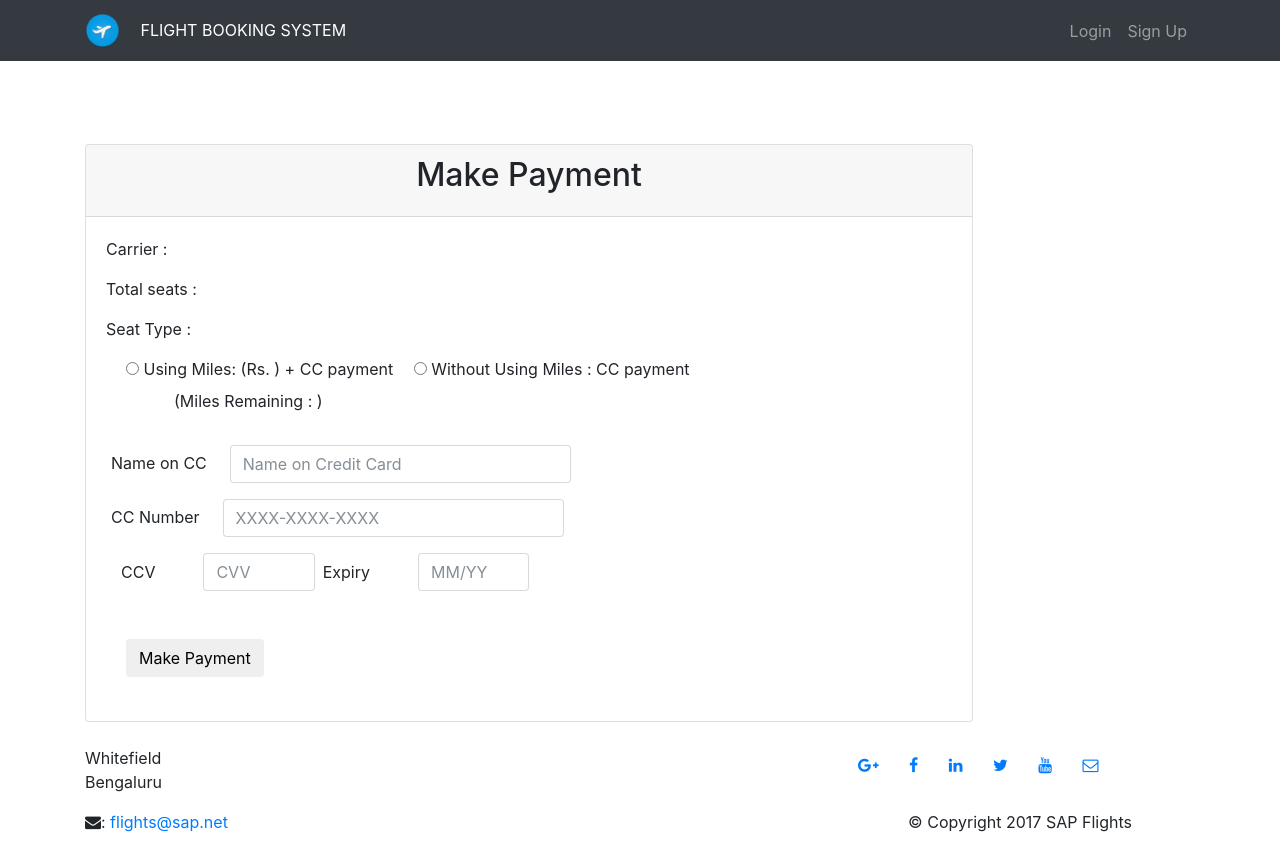
Repository: yashtatia/Spring-Practice
Page: http://localhost/FitnessTracker/WEB-INF/jsp/makePayment.jsp
These files come from the project's save history. The page is drawn as it stood at one moment and after the next save; the edit follows.
The browser window is 1280 px wide. The pictures show the whole page.
Some web libraries are served in a nearby version. The page is served by Tomcat 9. Nobody is signed in. The template is opened directly, without the code that normally fills it, so the values that code supplies are empty.

Above is the page before, as saved 2017-09-06 07:45:49.
Console error: SyntaxError: Unexpected token ';'

After the next save:
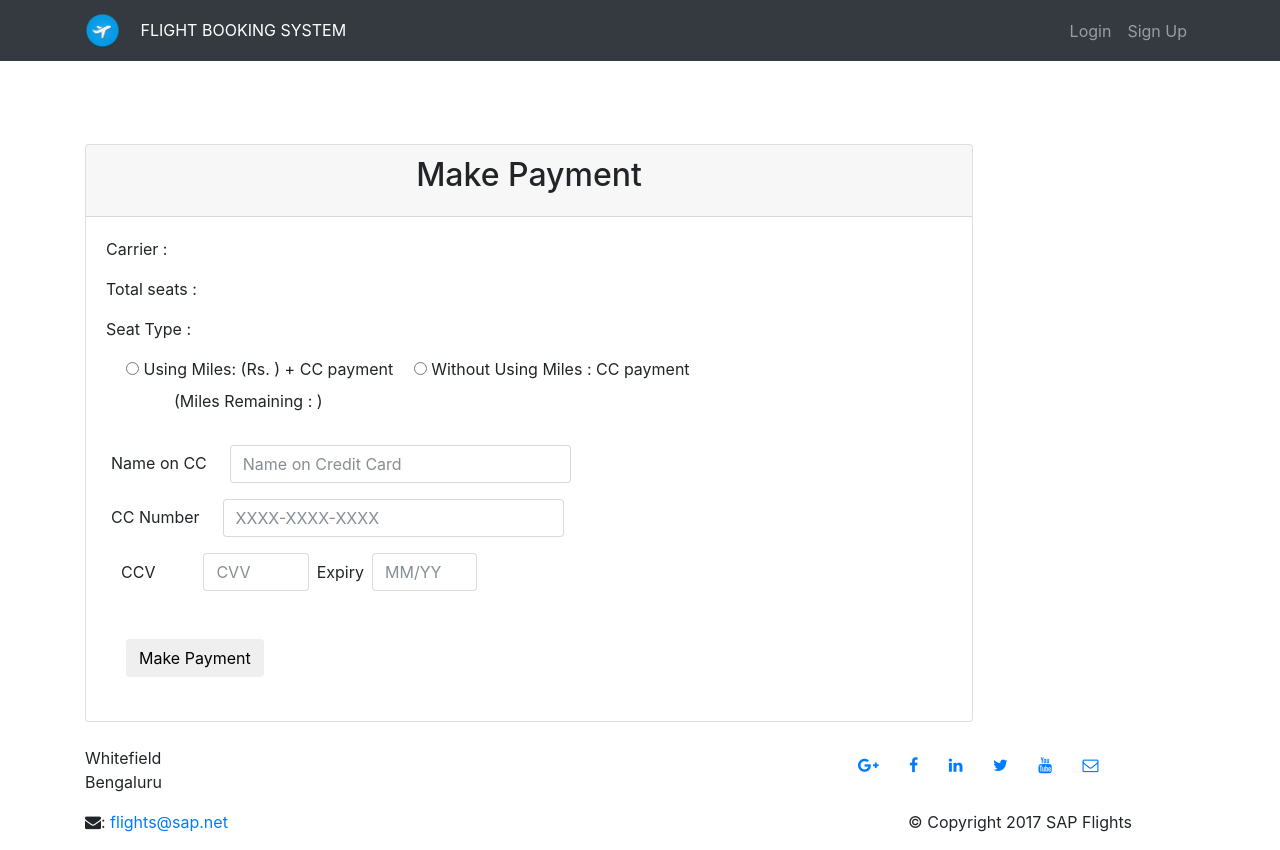
Saved 29 min 44 s later.
--- a/FitnessTracker/src/main/webapp/WEB-INF/jsp/makePayment.jsp
+++ b/FitnessTracker/src/main/webapp/WEB-INF/jsp/makePayment.jsp
@@ -55,7 +55,7 @@
 									<div class="form-inline">
 										<label class="mr-sm-5 mb-0" for="cvv">CCV</label>
 											<form:input path="cc_cvv" type="password" name="cc_cvv" id="cc_cvv" placeholder="CVV" class="form-control mr-sm-2 mb-2 mb-sm-0"  style="max-width: 15%" />
-									<label class="mr-sm-5 mb-0" for="last_name">Expiry</label>
+									<label class="mr-sm-2 mb-0" for="last_name">Expiry</label>
 											<form:input path="cc_expiry"  type="text" class="form-control mr-sm-2 mb-2 mb-sm-0" name="cc_expiry" id="cc_expiry" style="max-width: 15%" placeholder="MM/YY"/>
 									</div>
 							</div>
